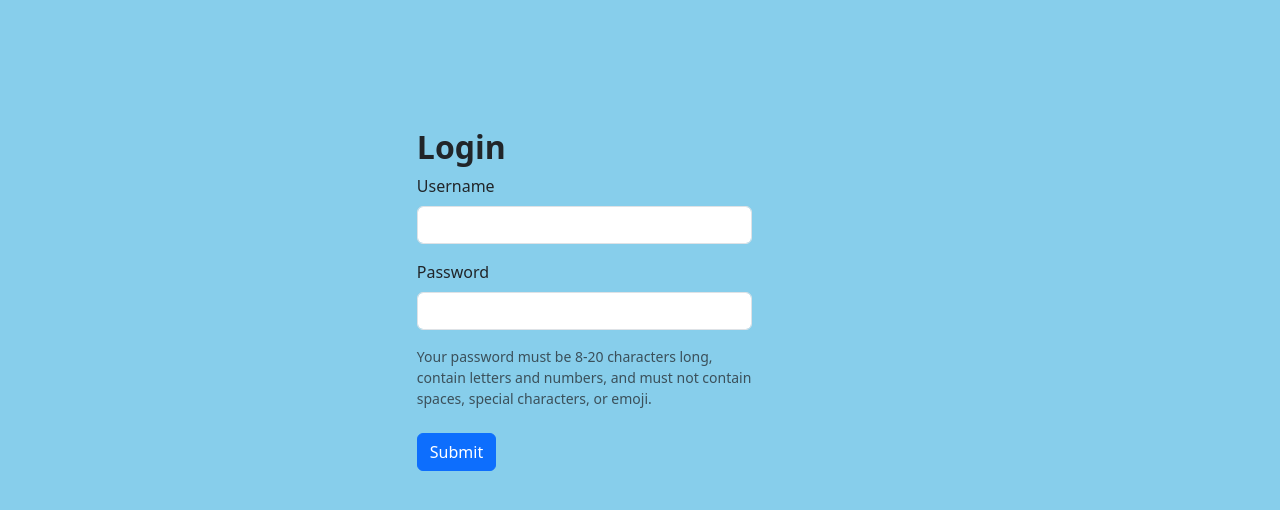
Repository: sarathraj2002/todo-list
Page: login.html
These files come from the project's save history. The page is drawn as it stood at one moment and after the next save; the edit follows.
The browser window is 1280 px wide. The pictures show the whole page.

Above is the page before, as saved 2024-09-05 11:09:43.

### login.html
<!DOCTYPE html>
<html lang="en">
<head>
    <meta charset="UTF-8">
    <meta name="viewport" content="width=device-width, initial-scale=1.0">
    <title>login</title>
    <link rel="stylesheet" href="bootstrap.min.css">
    <link rel="stylesheet" href="style.css">
</head>
<body>
    <div class="container">
    <form class="form">
        <h2><b>Login</b></h2>
        <div class="mb-3">
          <label for="exampleInputUsername1" class="form-label">Username</label>
          <input type="test" class="form-control" id="username" >

        </div>
        <div class="mb-3 ">
          <label for="exampleInputPassword1" class="form-label">Password</label>
          <input type="password" class="form-control" id="password">
        </div>
        <div id="passwordHelpBlock" class="form-text">
            Your password must be 8-20 characters long, contain letters and numbers, and must not contain spaces, special characters, or emoji.
          </div>
          <br>

        <button type="submit" class="btn btn-primary">Submit</button>
      </form>
    </div>
    <script src="script.js"></script>
</body>
</html>

### style.css
body{
    background-color: skyblue;
    background-size: cover;
}
.container{
    height: 100px;
    padding-top: 10%;

}
.form{
    height: 100%;
    width: 60%;
    border-color:black;
    padding-left: 30%;
    border-radius: 10%;
}

Loaded but not shown: bootstrap.min.css (library); script.js (no stored copy; drawn as an empty file)

After the next save:
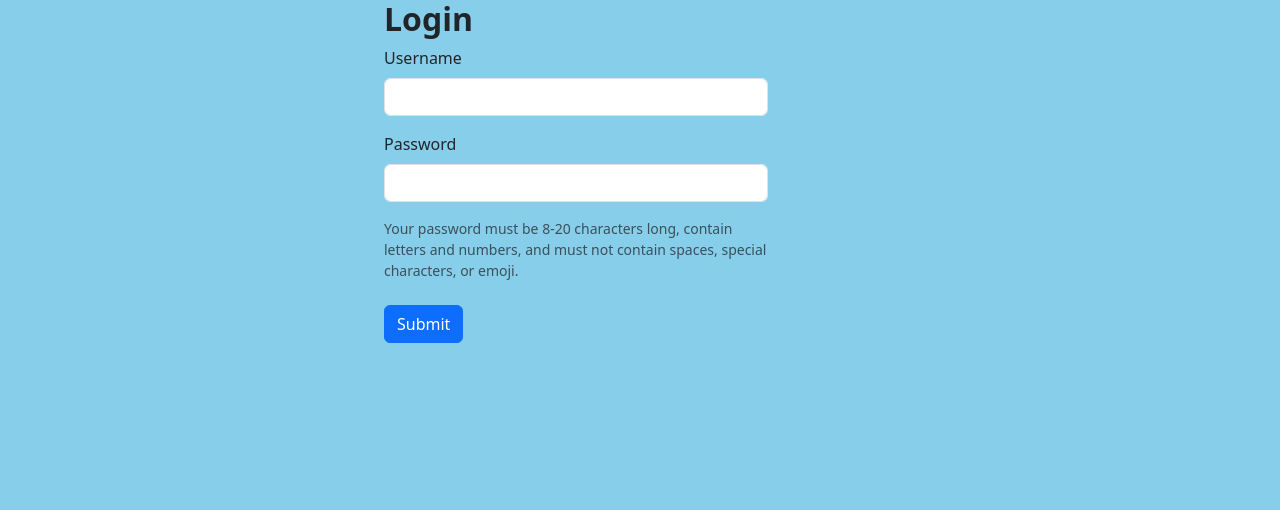
Saved 14 s later.
--- a/login.html
+++ b/login.html
@@ -8,7 +8,7 @@
     <link rel="stylesheet" href="style.css">
 </head>
 <body>
-    <div class="container">
+
     <form class="form">
         <h2><b>Login</b></h2>
         <div class="mb-3">
